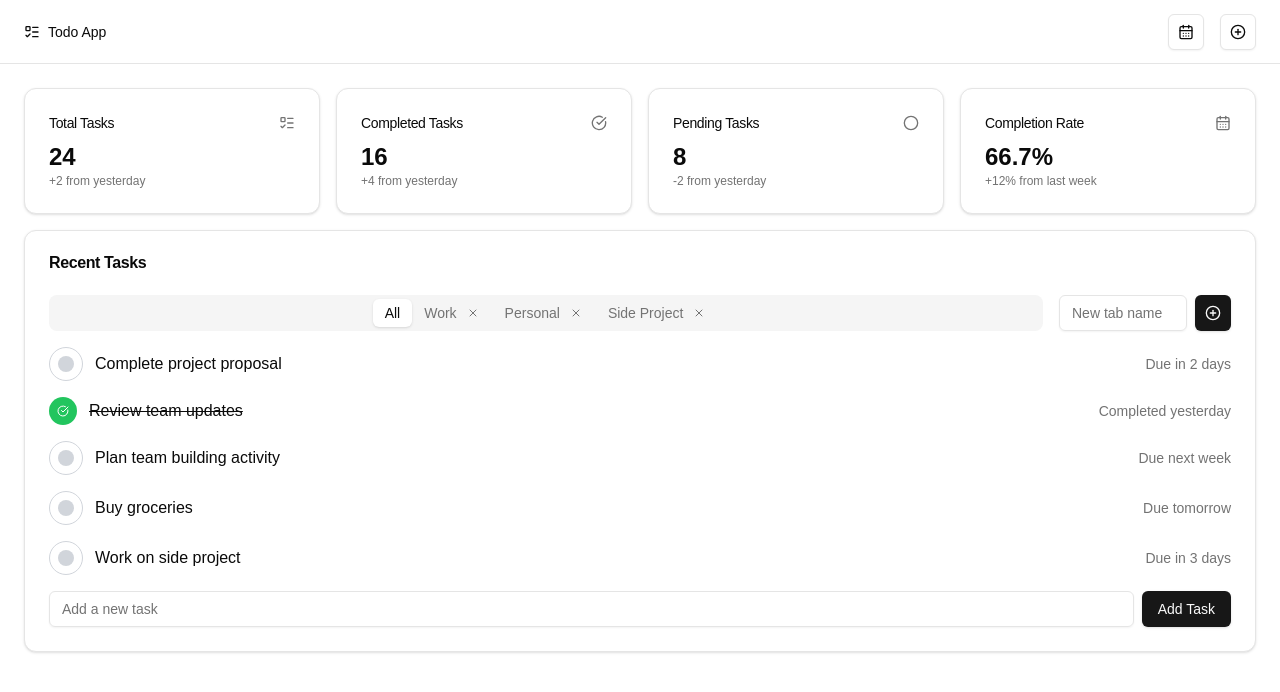
Repository: malikbarbier7/better-todo
Page: /dashboard
The author's editor kept a copy of each file at every save. The page is drawn from the files as they stood at one save, then again after the next save.
The browser window is 1280 px wide. The pictures show the whole page.
The project was rebuilt for these pictures with package versions that can differ from the ones it lists, and the page was loaded fresh each time. The framework's server and built-in components were replaced by stand-ins that run in the browser. Also part of the build but not shown: next.config.js, next.config.mjs.

Above is the page before, as saved 2024-10-04 10:15:55.

### app/dashboard/page.tsx
import { Dashboard } from '@/components/dashboard'

export default function DashboardPage() {
  return <Dashboard />
}

### components/dashboard.tsx
'use client'

import React from 'react'
import { Button } from "@/components/ui/button"
import { Card, CardContent, CardHeader, CardTitle } from "@/components/ui/card"
import { Input } from "@/components/ui/input"
import { Tabs, TabsContent, TabsList, TabsTrigger } from "@/components/ui/tabs"
import { CalendarDays, CheckCircle, Circle, ListTodo, PlusCircle, X } from "lucide-react"
import { Tasks } from '../types'; // Adjust the import path as needed

export function Dashboard() {
  const [tabs, setTabs] = React.useState(['All', 'Work', 'Personal', 'Side Project'])
  const [activeTab, setActiveTab] = React.useState('All')
  const [newTabName, setNewTabName] = React.useState('')
  const [newTaskName, setNewTaskName] = React.useState('')
  const [tasks, setTasks] = React.useState({
    'All': [
      { id: 1, name: 'Complete project proposal', status: 'pending', category: 'Work', dueDate: 'Due in 2 days' },
      { id: 2, name: 'Review team updates', status: 'completed', category: 'Work', dueDate: 'Completed yesterday' },
      { id: 3, name: 'Plan team building activity', status: 'pending', category: 'Work', dueDate: 'Due next week' },
      { id: 4, name: 'Buy groceries', status: 'pending', category: 'Personal', dueDate: 'Due tomorrow' },
      { id: 5, name: 'Work on side project', status: 'pending', category: 'Side Project', dueDate: 'Due in 3 days' },
    ],
    'Work': [
      { id: 1, name: 'Complete project proposal', status: 'pending', category: 'Work', dueDate: 'Due in 2 days' },
      { id: 2, name: 'Review team updates', status: 'completed', category: 'Work', dueDate: 'Completed yesterday' },
      { id: 3, name: 'Plan team building activity', status: 'pending', category: 'Work', dueDate: 'Due next week' },
    ],
    'Personal': [
      { id: 4, name: 'Buy groceries', status: 'pending', category: 'Personal', dueDate: 'Due tomorrow' },
    ],
    'Side Project': [
      { id: 5, name: 'Work on side project', status: 'pending', category: 'Side Project', dueDate: 'Due in 3 days' },
    ],
  })

  const handleAddTab = () => {
    if (newTabName && !tabs.includes(newTabName)) {
      setTabs([...tabs, newTabName])
      setTasks({ ...tasks, [newTabName]: [] })
      setActiveTab(newTabName)
      setNewTabName('')
    }
  }

  const handleRemoveTab = (tab: string) => {
    if (tab !== 'All') {
      const newTabs = tabs.filter(t => t !== tab);
      const { [tab]: removedTasks, ...restTasks } = tasks as Tasks;
      setTabs(newTabs);
      setTasks(restTasks);
      setActiveTab('All');
    }
  }

  const handleAddTask = (e: React.FormEvent) => {
    e.preventDefault()
    if (newTaskName) {
      const newTask = {
        id: Date.now(),
        name: newTaskName,
        status: 'pending',
        category: activeTab === 'All' ? 'Uncategorized' : activeTab,
        dueDate: 'Not set'
      }
      setTasks(prevTasks => ({
        ...prevTasks,
        [activeTab]: [...(prevTasks[activeTab as keyof typeof prevTasks] || []), newTask],
        'All': [...prevTasks['All'], newTask]
      }))
      setNewTaskName('')
    }
  }

  const handleTaskStatusChange = (taskId: string, newStatus: 'completed' | 'pending') => {
    setTasks(prevTasks => {
      const updatedTasks = { ...prevTasks };
      for (const category in updatedTasks) {
        updatedTasks[category as keyof typeof updatedTasks] = updatedTasks[category as keyof typeof updatedTasks].map(task =>
          task.id.toString() === taskId ? { ...task, status: newStatus } : task
        );
      }
      return updatedTasks;
    });
  };

  return (
    <div className="flex flex-col min-h-screen">
      <header className="flex items-center h-16 px-4 border-b shrink-0 md:px-6">
        <nav className="flex-1">
          <ul className="flex items-center gap-4 text-sm font-medium">
            <li className="flex items-center gap-2">
              <ListTodo className="w-4 h-4" />
              <span>Todo App</span>
            </li>
          </ul>
        </nav>
        <div className="flex items-center gap-4 md:gap-2 lg:gap-4">
          <Button variant="outline" size="icon">
            <CalendarDays className="w-4 h-4" />
            <span className="sr-only">View calendar</span>
          </Button>
          <Button variant="outline" size="icon">
            <PlusCircle className="w-4 h-4" />
            <span className="sr-only">Create new task</span>
          </Button>
        </div>
      </header>
      <main className="flex-1 overflow-auto p-4 md:p-6">
        <div className="grid gap-4 md:grid-cols-2 lg:grid-cols-4">
          <Card>
            <CardHeader className="flex flex-row items-center justify-between pb-2 space-y-0">
              <CardTitle className="text-sm font-medium">Total Tasks</CardTitle>
              <ListTodo className="w-4 h-4 text-muted-foreground" />
            </CardHeader>
            <CardContent>
              <div className="text-2xl font-bold">24</div>
              <p className="text-xs text-muted-foreground">+2 from yesterday</p>
            </CardContent>
          </Card>
          <Card>
            <CardHeader className="flex flex-row items-center justify-between pb-2 space-y-0">
              <CardTitle className="text-sm font-medium">Completed Tasks</CardTitle>
              <CheckCircle className="w-4 h-4 text-muted-foreground" />
            </CardHeader>
            <CardContent>
              <div className="text-2xl font-bold">16</div>
              <p className="text-xs text-muted-foreground">+4 from yesterday</p>
            </CardContent>
          </Card>
          <Card>
            <CardHeader className="flex flex-row items-center justify-between pb-2 space-y-0">
              <CardTitle className="text-sm font-medium">Pending Tasks</CardTitle>
              <Circle className="w-4 h-4 text-muted-foreground" />
            </CardHeader>
            <CardContent>
              <div className="text-2xl font-bold">8</div>
              <p className="text-xs text-muted-foreground">-2 from yesterday</p>
            </CardContent>
          </Card>
          <Card>
            <CardHeader className="flex flex-row items-center justify-between pb-2 space-y-0">
              <CardTitle className="text-sm font-medium">Completion Rate</CardTitle>
              <CalendarDays className="w-4 h-4 text-muted-foreground" />
            </CardHeader>
            <CardContent>
              <div className="text-2xl font-bold">66.7%</div>
              <p className="text-xs text-muted-foreground">+12% from last week</p>
            </CardContent>
          </Card>
        </div>
        <Card className="mt-4">
          <CardHeader>
            <CardTitle>Recent Tasks</CardTitle>
          </CardHeader>
          <CardContent>
            <Tabs value={activeTab} onValueChange={setActiveTab} className="w-full">
              <div className="flex items-center space-x-4 mb-4">
                <TabsList className="flex-grow">
                  {tabs.map((tab) => (
                    <TabsTrigger key={tab} value={tab} className="flex items-center">
                      {tab}
                      {tab !== 'All' && (
                        <Button
                          variant="ghost"
                          size="icon"
                          className="ml-2 h-4 w-4"
                          onClick={(e) => {
                            e.stopPropagation()
                            handleRemoveTab(tab)
                          }}
                        >
                          <X className="h-3 w-3" />
                        </Button>
                      )}
                    </TabsTrigger>
                  ))}
                </TabsList>
                <div className="flex items-center space-x-2">
                  <Input
                    placeholder="New tab name"
                    value={newTabName}
                    onChange={(e) => setNewTabName(e.target.value)}
                    className="w-32"
                  />
                  <Button onClick={handleAddTab} size="icon">
                    <PlusCircle className="h-4 w-4" />
                  </Button>
                </div>
              </div>
              {tabs.map((tab) => (
                <TabsContent key={tab} value={tab}>
                  <div className="space-y-4">
                    {(tasks[tab as keyof typeof tasks] ?? []).map((task) => (
                      <div key={task.id} className="flex items-center">
                        <div className="relative">
                          {task.status === 'completed' ? (
                            <button
                              className="p-2 bg-green-500 text-white rounded-full"
                              onClick={() => handleTaskStatusChange(task.id.toString(), 'incomplete')}
                            >
                              <CheckCircle className="w-3 h-3" />
                            </button>
                          ) : (
                            <button
                              className="p-2 border border-gray-300 rounded-full flex items-center justify-center"
                              onClick={() => handleTaskStatusChange(task.id.toString(), 'complete')}
                            >
                              <div className="w-4 h-4 bg-gray-300 rounded-full"></div>
                              <span className="sr-only">Mark as complete</span>
                            </button>
                          )}
                        </div>
                        <span className={`ml-3 flex-1 ${task.status === 'completed' ? 'line-through' : ''}`}>{task.name}</span>
                        <span className="text-sm text-muted-foreground">{task.dueDate}</span>
                      </div>
                    ))}
                  </div>
                  <form onSubmit={handleAddTask} className="mt-4 flex items-center space-x-2">
                    <Input
                      placeholder="Add a new task"
                      value={newTaskName}
                      onChange={(e) => setNewTaskName(e.target.value)}
                      className="flex-grow"
                    />
                    <Button type="submit">Add Task</Button>
                  </form>
                </TabsContent>
              ))}
            </Tabs>
          </CardContent>
        </Card>
      </main>
    </div>
  )
}

### components/ui/button.tsx
import * as React from "react"
import { Slot } from "@radix-ui/react-slot"
import { cva, type VariantProps } from "class-variance-authority"

import { cn } from "@/lib/utils"

const buttonVariants = cva(
  "inline-flex items-center justify-center whitespace-nowrap rounded-md text-sm font-medium transition-colors focus-visible:outline-none focus-visible:ring-1 focus-visible:ring-ring disabled:pointer-events-none disabled:opacity-50",
  {
    variants: {
      variant: {
        default:
          "bg-primary text-primary-foreground shadow hover:bg-primary/90",
        destructive:
          "bg-destructive text-destructive-foreground shadow-sm hover:bg-destructive/90",
        outline:
          "border border-input bg-background shadow-sm hover:bg-accent hover:text-accent-foreground",
        secondary:
          "bg-secondary text-secondary-foreground shadow-sm hover:bg-secondary/80",
        ghost: "hover:bg-accent hover:text-accent-foreground",
        link: "text-primary underline-offset-4 hover:underline",
      },
      size: {
        default: "h-9 px-4 py-2",
        sm: "h-8 rounded-md px-3 text-xs",
        lg: "h-10 rounded-md px-8",
        icon: "h-9 w-9",
      },
    },
    defaultVariants: {
      variant: "default",
      size: "default",
    },
  }
)

export interface ButtonProps
  extends React.ButtonHTMLAttributes<HTMLButtonElement>,
    VariantProps<typeof buttonVariants> {
  asChild?: boolean
}

const Button = React.forwardRef<HTMLButtonElement, ButtonProps>(
  ({ className, variant, size, asChild = false, ...props }, ref) => {
    const Comp = asChild ? Slot : "button"
    return (
      <Comp
        className={cn(buttonVariants({ variant, size, className }))}
        ref={ref}
        {...props}
      />
    )
  }
)
Button.displayName = "Button"

export { Button, buttonVariants }

### components/ui/card.tsx
import * as React from "react"

import { cn } from "@/lib/utils"

const Card = React.forwardRef<
  HTMLDivElement,
  React.HTMLAttributes<HTMLDivElement>
>(({ className, ...props }, ref) => (
  <div
    ref={ref}
    className={cn(
      "rounded-xl border bg-card text-card-foreground shadow",
      className
    )}
    {...props}
  />
))
Card.displayName = "Card"

const CardHeader = React.forwardRef<
  HTMLDivElement,
  React.HTMLAttributes<HTMLDivElement>
>(({ className, ...props }, ref) => (
  <div
    ref={ref}
    className={cn("flex flex-col space-y-1.5 p-6", className)}
    {...props}
  />
))
CardHeader.displayName = "CardHeader"

const CardTitle = React.forwardRef<
  HTMLParagraphElement,
  React.HTMLAttributes<HTMLHeadingElement>
>(({ className, ...props }, ref) => (
  <h3
    ref={ref}
    className={cn("font-semibold leading-none tracking-tight", className)}
    {...props}
  />
))
CardTitle.displayName = "CardTitle"

const CardDescription = React.forwardRef<
  HTMLParagraphElement,
  React.HTMLAttributes<HTMLParagraphElement>
>(({ className, ...props }, ref) => (
  <p
    ref={ref}
    className={cn("text-sm text-muted-foreground", className)}
    {...props}
  />
))
CardDescription.displayName = "CardDescription"

const CardContent = React.forwardRef<
  HTMLDivElement,
  React.HTMLAttributes<HTMLDivElement>
>(({ className, ...props }, ref) => (
  <div ref={ref} className={cn("p-6 pt-0", className)} {...props} />
))
CardContent.displayName = "CardContent"

const CardFooter = React.forwardRef<
  HTMLDivElement,
  React.HTMLAttributes<HTMLDivElement>
>(({ className, ...props }, ref) => (
  <div
    ref={ref}
    className={cn("flex items-center p-6 pt-0", className)}
    {...props}
  />
))
CardFooter.displayName = "CardFooter"

export { Card, CardHeader, CardFooter, CardTitle, CardDescription, CardContent }

### components/ui/input.tsx
import * as React from "react"

import { cn } from "@/lib/utils"

export interface InputProps
  extends React.InputHTMLAttributes<HTMLInputElement> {}

const Input = React.forwardRef<HTMLInputElement, InputProps>(
  ({ className, type, ...props }, ref) => {
    return (
      <input
        type={type}
        className={cn(
          "flex h-9 w-full rounded-md border border-input bg-transparent px-3 py-1 text-sm shadow-sm transition-colors file:border-0 file:bg-transparent file:text-sm file:font-medium file:text-foreground placeholder:text-muted-foreground focus-visible:outline-none focus-visible:ring-1 focus-visible:ring-ring disabled:cursor-not-allowed disabled:opacity-50",
          className
        )}
        ref={ref}
        {...props}
      />
    )
  }
)
Input.displayName = "Input"

export { Input }

### components/ui/tabs.tsx
"use client"

import * as React from "react"
import * as TabsPrimitive from "@radix-ui/react-tabs"

import { cn } from "@/lib/utils"

const Tabs = TabsPrimitive.Root

const TabsList = React.forwardRef<
  React.ElementRef<typeof TabsPrimitive.List>,
  React.ComponentPropsWithoutRef<typeof TabsPrimitive.List>
>(({ className, ...props }, ref) => (
  <TabsPrimitive.List
    ref={ref}
    className={cn(
      "inline-flex h-9 items-center justify-center rounded-lg bg-muted p-1 text-muted-foreground",
      className
    )}
    {...props}
  />
))
TabsList.displayName = TabsPrimitive.List.displayName

const TabsTrigger = React.forwardRef<
  React.ElementRef<typeof TabsPrimitive.Trigger>,
  React.ComponentPropsWithoutRef<typeof TabsPrimitive.Trigger>
>(({ className, ...props }, ref) => (
  <TabsPrimitive.Trigger
    ref={ref}
    className={cn(
      "inline-flex items-center justify-center whitespace-nowrap rounded-md px-3 py-1 text-sm font-medium ring-offset-background transition-all focus-visible:outline-none focus-visible:ring-2 focus-visible:ring-ring focus-visible:ring-offset-2 disabled:pointer-events-none disabled:opacity-50 data-[state=active]:bg-background data-[state=active]:text-foreground data-[state=active]:shadow",
      className
    )}
    {...props}
  />
))
TabsTrigger.displayName = TabsPrimitive.Trigger.displayName

const TabsContent = React.forwardRef<
  React.ElementRef<typeof TabsPrimitive.Content>,
  React.ComponentPropsWithoutRef<typeof TabsPrimitive.Content>
>(({ className, ...props }, ref) => (
  <TabsPrimitive.Content
    ref={ref}
    className={cn(
      "mt-2 ring-offset-background focus-visible:outline-none focus-visible:ring-2 focus-visible:ring-ring focus-visible:ring-offset-2",
      className
    )}
    {...props}
  />
))
TabsContent.displayName = TabsPrimitive.Content.displayName

export { Tabs, TabsList, TabsTrigger, TabsContent }

Loaded but not shown: app/layout.tsx (common file); app/globals.css (common file); lib/utils.ts (common file); tailwind.config.ts (common file)

After the next save:
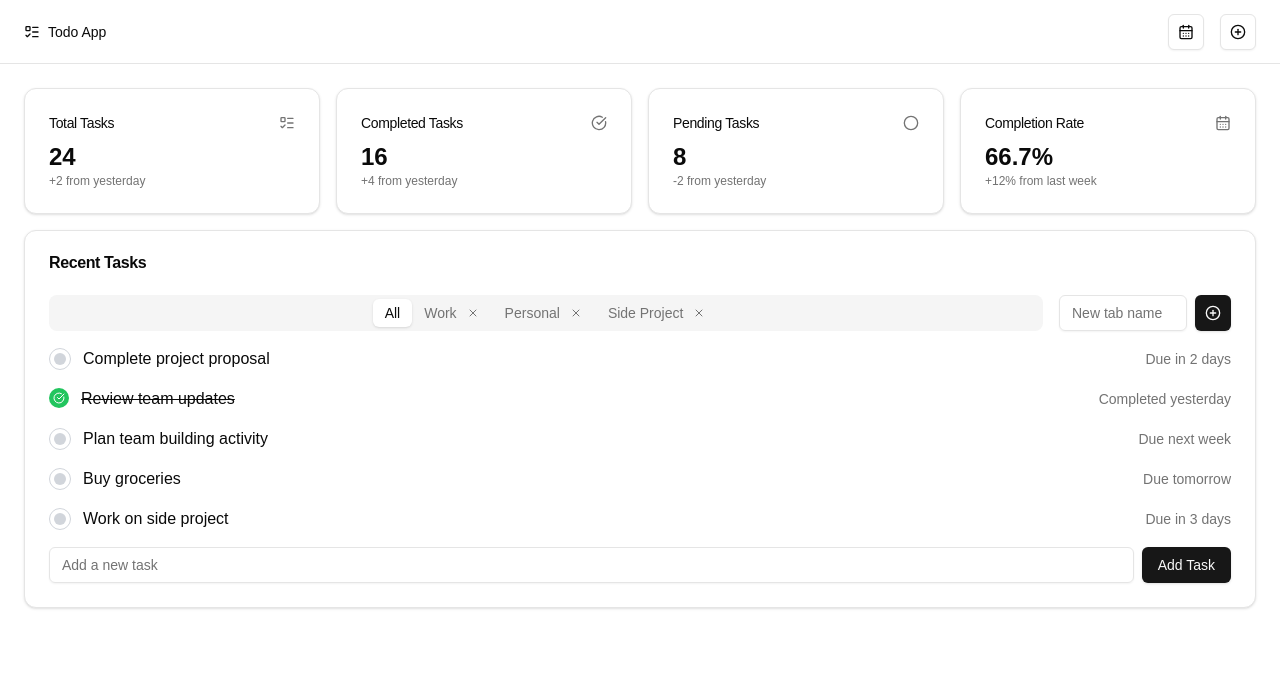
Saved 55 s later.
--- a/components/dashboard.tsx
+++ b/components/dashboard.tsx
@@ -196,18 +196,17 @@ export function Dashboard() {
                         <div className="relative">
                           {task.status === 'completed' ? (
                             <button
-                              className="p-2 bg-green-500 text-white rounded-full"
-                              onClick={() => handleTaskStatusChange(task.id.toString(), 'incomplete')}
+                              className="p-1 bg-green-500 text-white rounded-full"
+                              onClick={() => handleTaskStatusChange(task.id.toString(), 'pending')}
                             >
                               <CheckCircle className="w-3 h-3" />
                             </button>
                           ) : (
                             <button
-                              className="p-2 border border-gray-300 rounded-full flex items-center justify-center"
-                              onClick={() => handleTaskStatusChange(task.id.toString(), 'complete')}
+                              className="p-1 border border-gray-300 rounded-full flex items-center justify-center"
+                              onClick={() => handleTaskStatusChange(task.id.toString(), 'completed')}
                             >
-                              <div className="w-4 h-4 bg-gray-300 rounded-full"></div>
-                              <span className="sr-only">Mark as complete</span>
+                              <div className="w-3 h-3 bg-gray-300 rounded-full"></div>
                             </button>
                           )}
                         </div>
